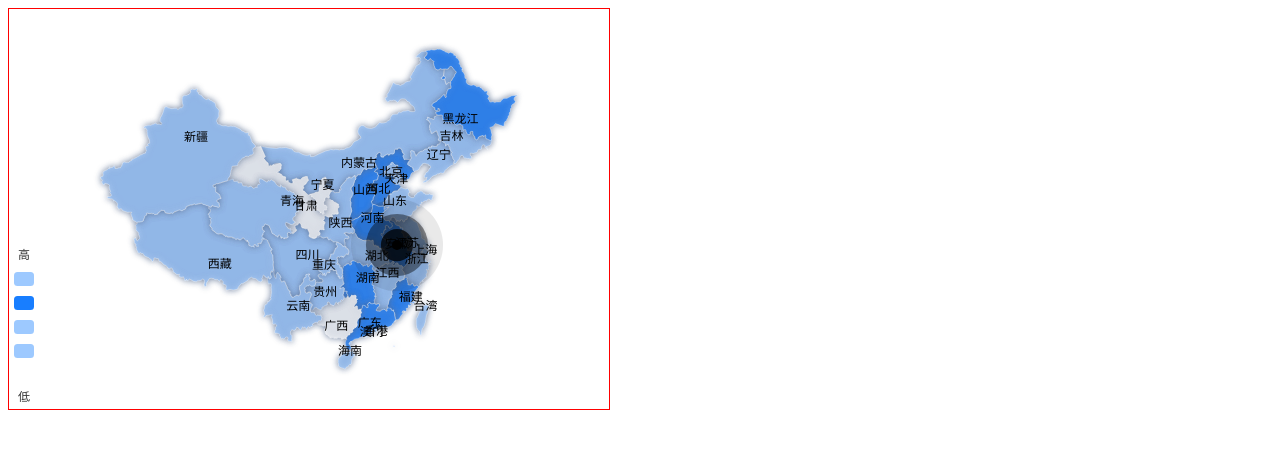
Repository: 572031690/echartssimple
Page: 21.地图常见效果_地图和散点图结合.html
These files come from the project's save history. The page is drawn as it stood at one moment and after the next save; the edit follows.
The browser window is 1280 px wide. The pictures show the whole page.

Above is the page before, as saved 2021-08-11 11:36:45.

After the next save:
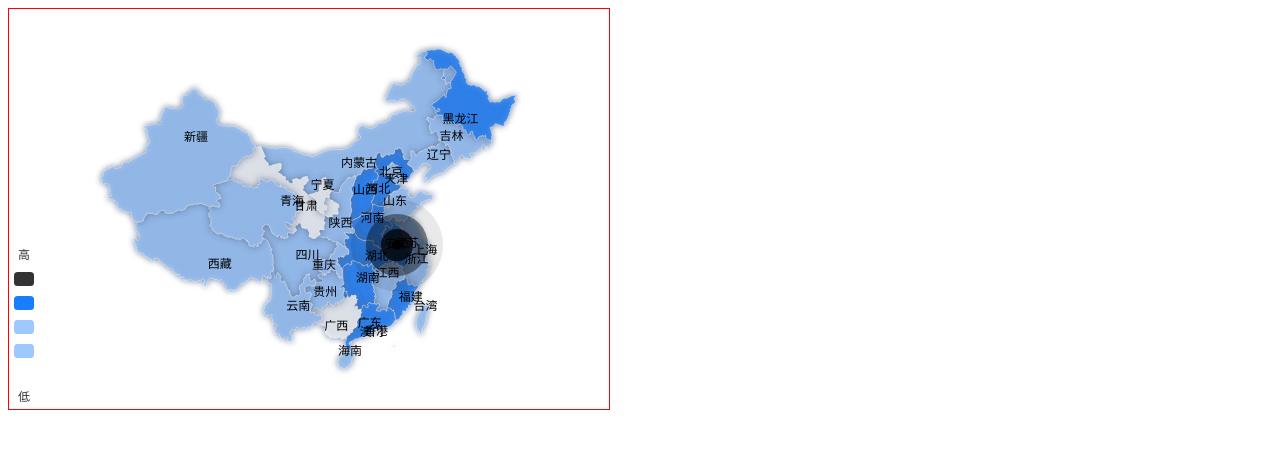
Saved 78 s later.
--- a/21.地图常见效果_地图和散点图结合.html
+++ b/21.地图常见效果_地图和散点图结合.html
@@ -107,13 +107,13 @@
           max: 300,
           text: ['高', '低'],//两端的文本，如 ['High', 'Low']
           // inRange: {
-          //   color: ['#B8E2FF','#9DC9FF','#6CADFF','#187EFF', '#9DC9FF'] // 控制颜色渐变的范围
+          //   color: ['#B8E2FF','#9DC9FF','#6CADFF','#187EFF', '##0357C2'] // 控制颜色渐变的范围
           // },
 
           pieces: [
           //   // 自定义『分段式视觉映射组件（visualMapPiecewise）』的每一段的范围，以及每一段的文字，以及每一段的特别的样式
           //   { gt: 100000, lte: 1000000000, label: "100000~1000000000", color: "#6ad86e" }, // (900, 1000]
-            { gt: 200, lte: 300, label: "10000~100000", color: "#9DC9FF" }, // (500, 900]
+            { gt: 200, lte: 300, label: "10000~100000", color: "##0357C2" }, // (500, 900]
             { gt: 100, lte: 200, label: "1000~10000", color: "#187EFF" }, // (310, 500]
             { gt: 50, lte: 100, label: "10~1000", color: "#9DC9FF" }, // (200, 300]
             { gt: 0, lte: 50, label: "0~10人", color: "B8E2FF" }, // (10, 200]
